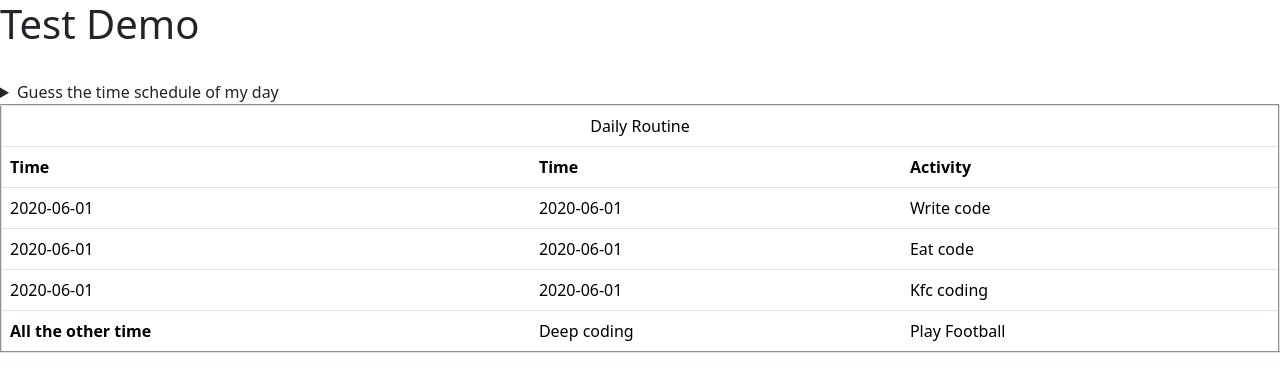
Repository: cavidk/taco_shop-web
Page: html basics/index.html
These files come from the project's save history. The page is drawn as it stood at one moment and after the next save; the edit follows.
The browser window is 1280 px wide. The pictures show the whole page.

Above is the page before, as saved 2024-06-07 16:50:45.

After the next save:
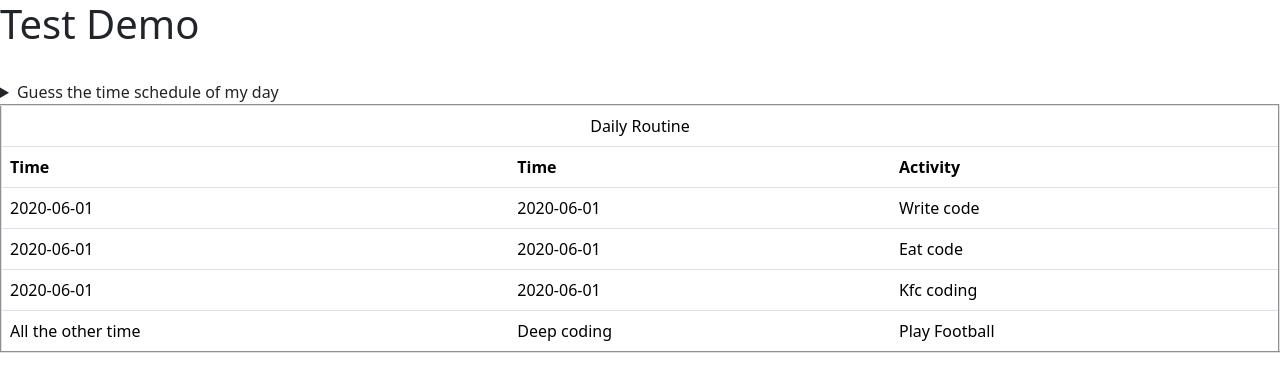
Saved 2 min 19 s later.
--- a/html basics/index.html
+++ b/html basics/index.html
@@ -61,10 +61,10 @@
       </tr>
 
       <tr>
-         <th rowspan="3" >
+         <td rowspan="2" >
             All the
             other time
-         </th>
+         </td>
          <td>Deep coding</td>
          <td>Play Football</td>
          </tr>
